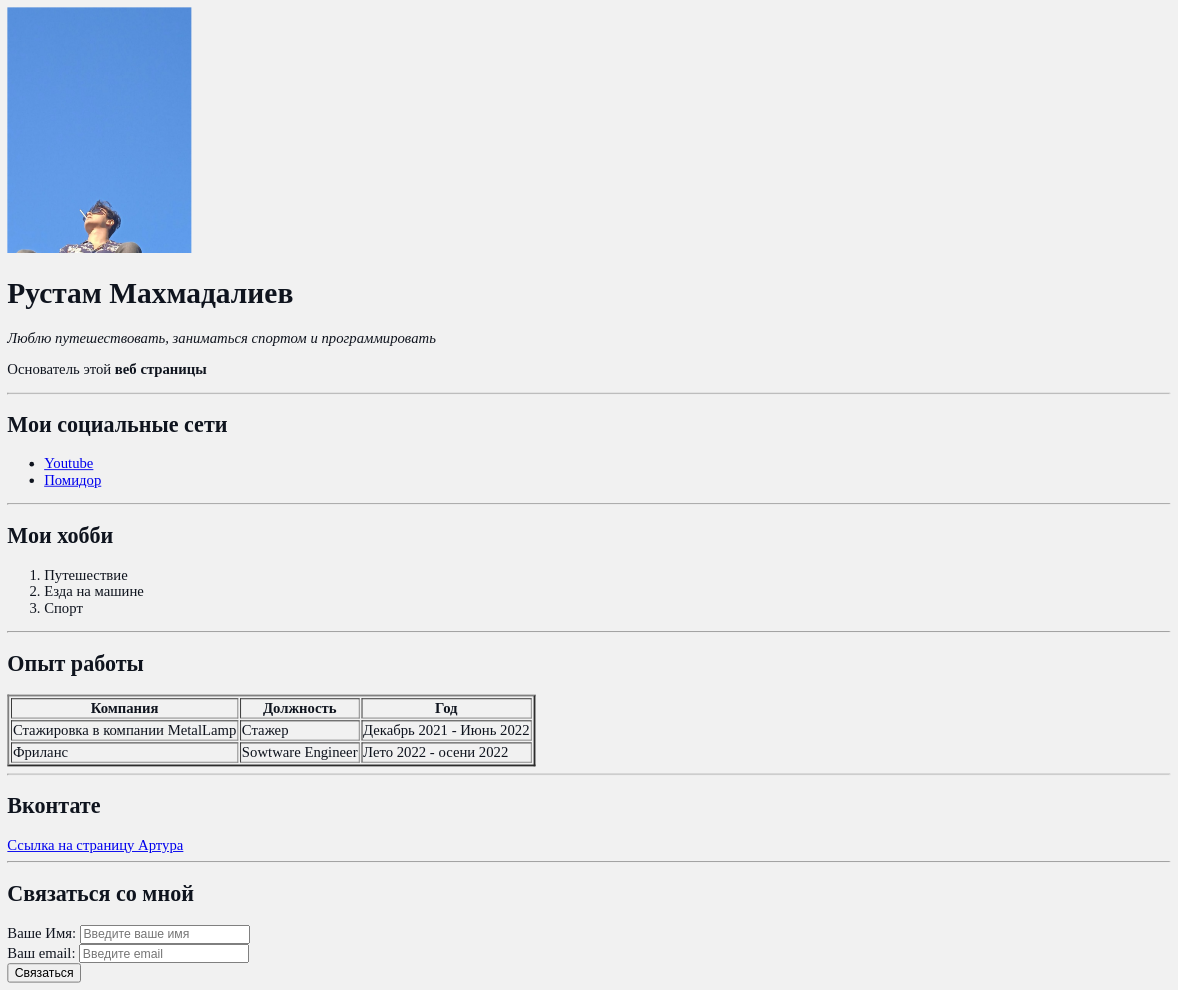
Repository: RustamMakh/html
Page: index.html
An editor plug-in stored every save of this project. The page is shown before and after the next save, followed by the edit.
The browser window is 1280 px wide. The pictures show the whole page, at 92% of full size.

Above is the page before, as saved 2022-06-13 20:58:29.

After the next save:
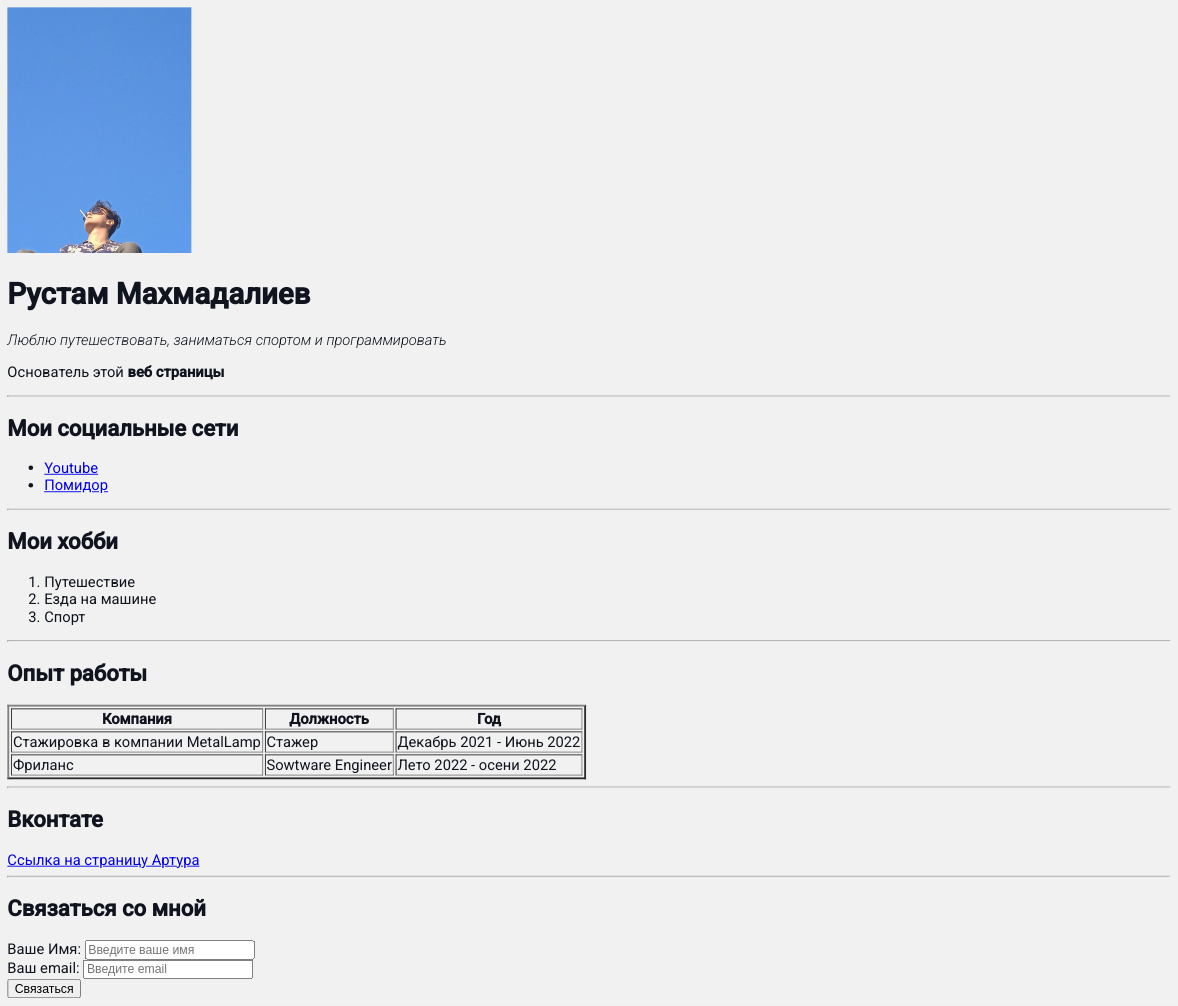
Saved 4 min 35 s later.
--- a/styles.css
+++ b/styles.css
@@ -1,6 +1,12 @@
+@import url('https://fonts.googleapis.com/css2?family=Roboto:ital,wght@0,300;0,400;0,500;1,300&display=swap');
+
+
+
+
 body{
     background-color: #f1f1f1;
     color: #0f141e;
     font-size: 16px;
     font-weight: normal;
+    font-family: 'Roboto', sans-serif;
 }
